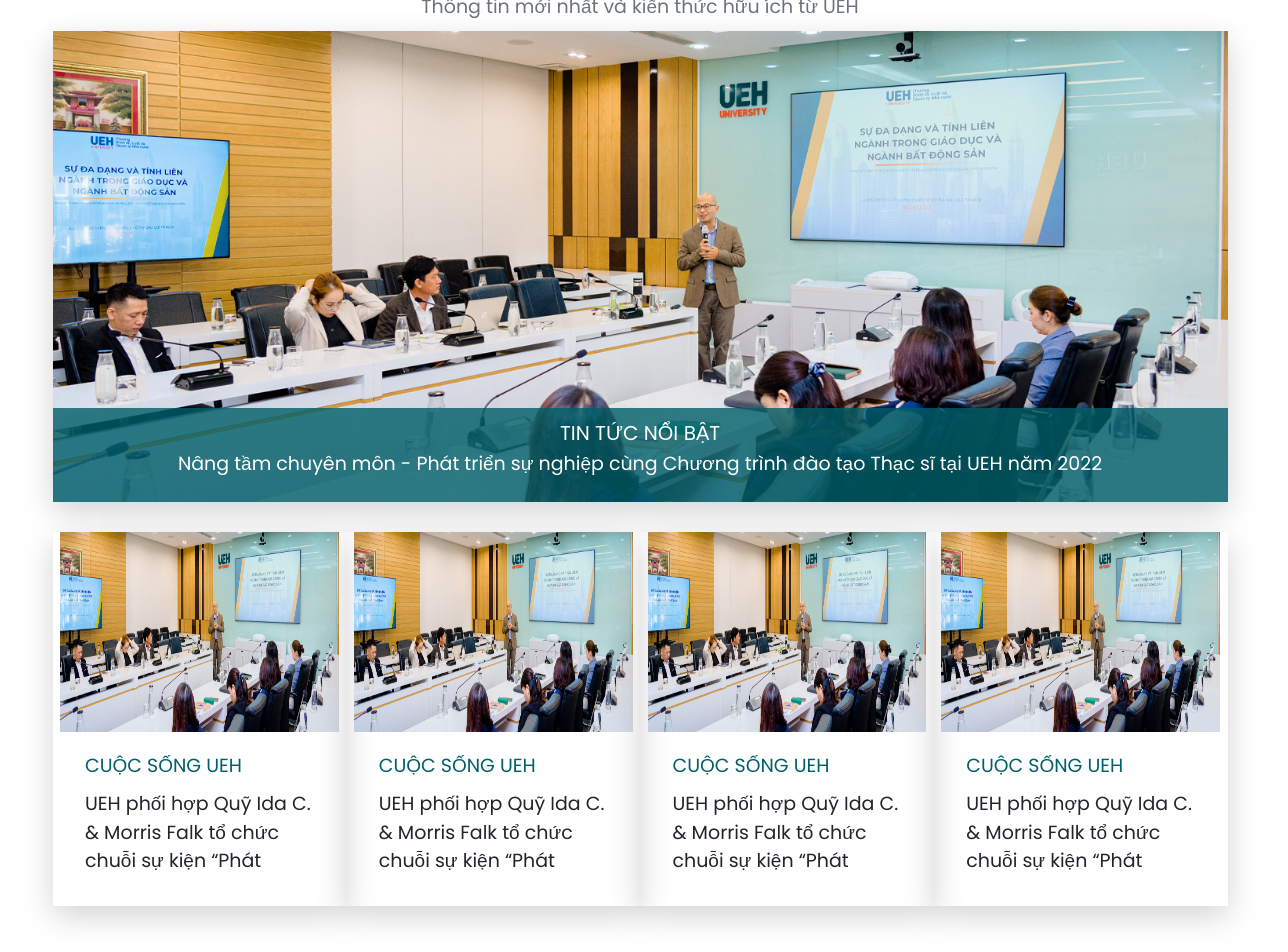
Repository: Jackietruong2805/frontends
Page: html css/ueh/index.html
An editor plug-in stored every save of this project. The page is shown before and after the next save, followed by the edit.
The browser window is 1280 px wide. The page is 1288 px wide, so the pictures cover 1288 px, including what lies to the right of the window. The pictures show the part of the page from y = 768 to 1720 px (the page is 1720 px tall).
Some web libraries are served in a nearby version.

Above is the page before, as saved 2022-06-20 09:47:49.

After the next save:
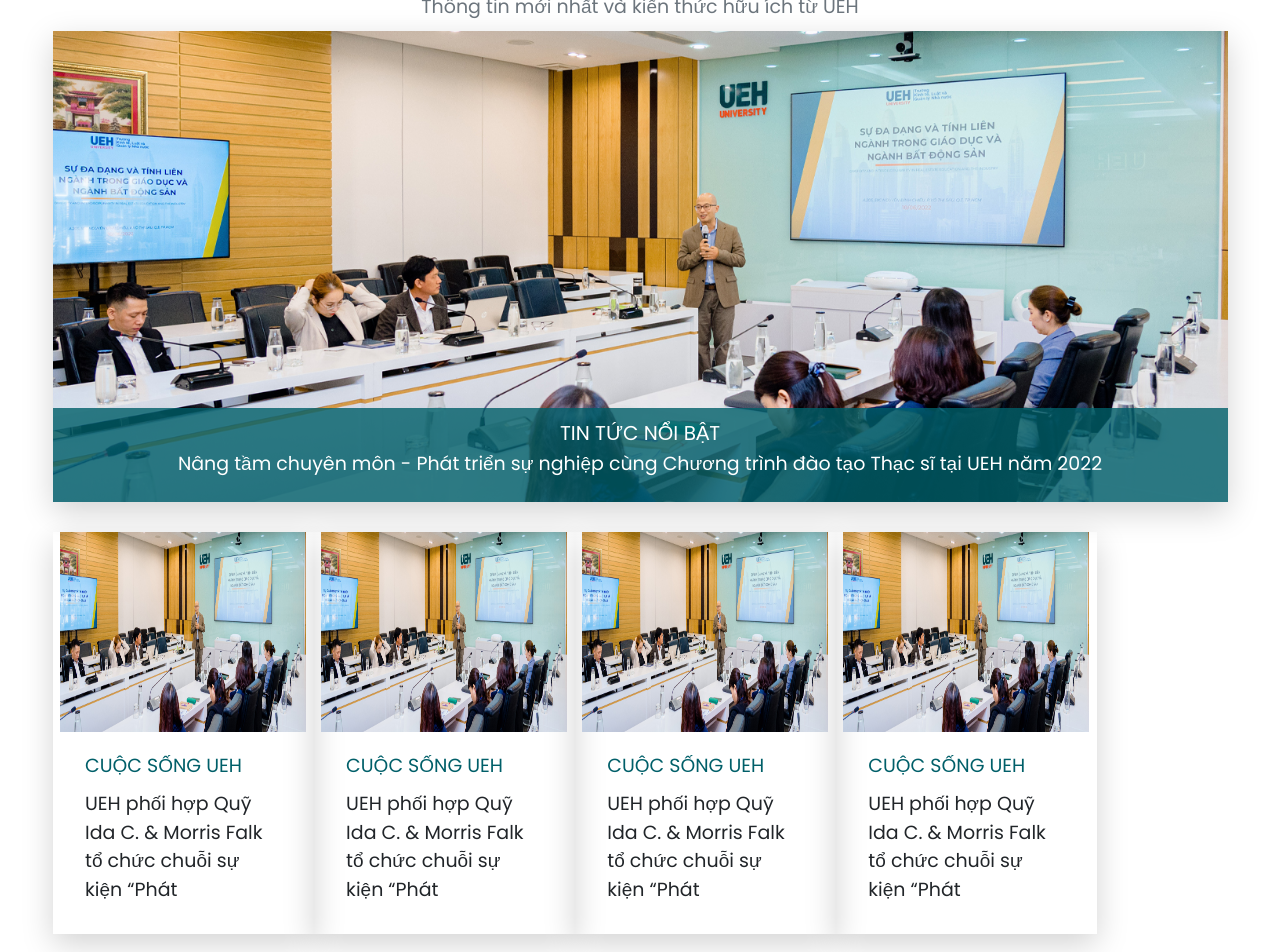
Saved 36 s later.
--- a/html css/ueh/css/index.css
+++ b/html css/ueh/css/index.css
@@ -206,3 +206,7 @@
     height: 200px;
     max-width: 100%;
 }
+
+.news .news__item {
+    width: calc(100%/4.5);
+}

After the 2 saves that followed:
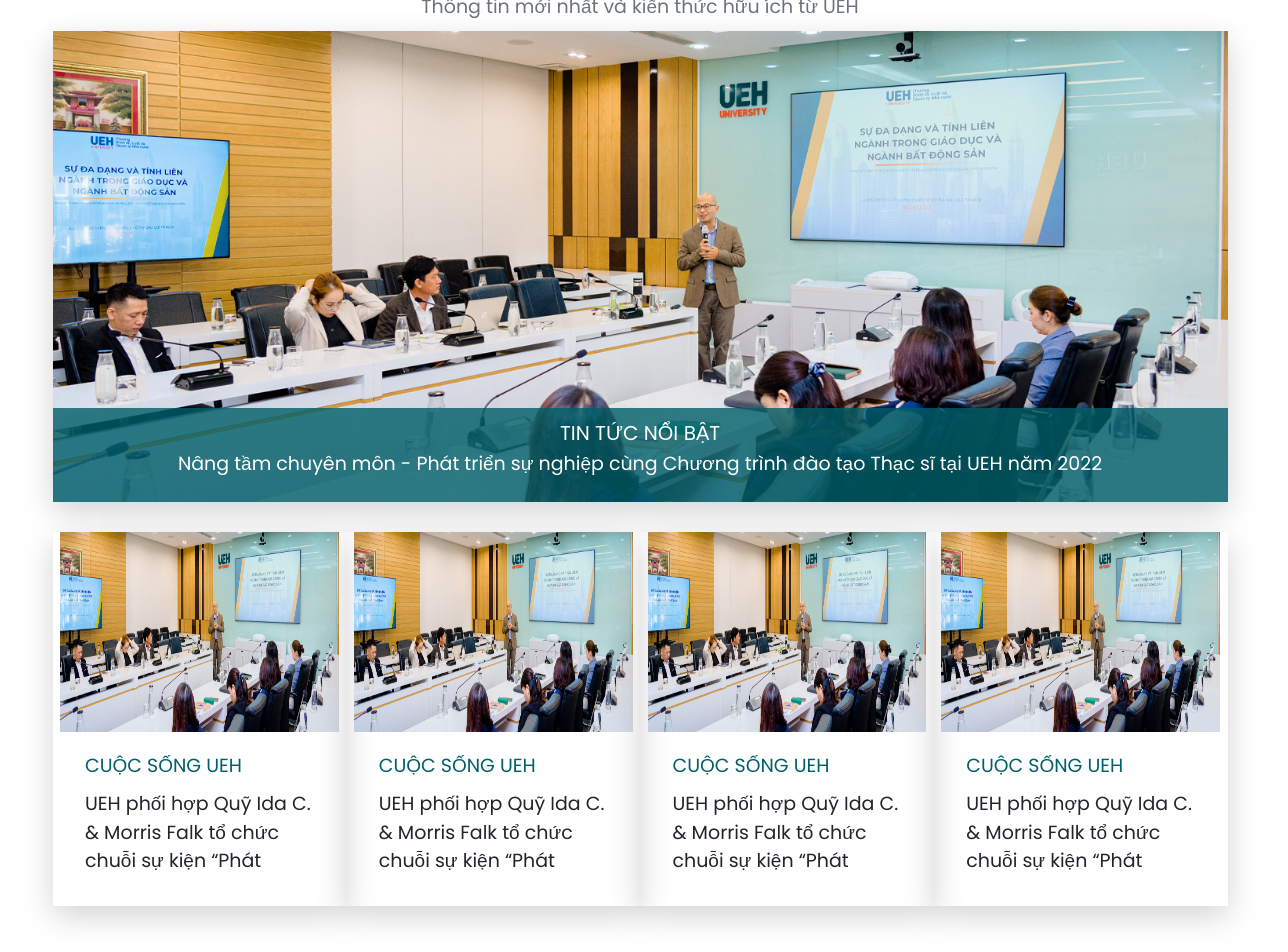
The 2 saves are shown as one change because 1 left the picture as it was.
The last was saved 25 s later.
--- a/html css/ueh/index.html
+++ b/html css/ueh/index.html
@@ -197,7 +197,7 @@
               </div>
             </div>
           </div>
-          <div class="row px-5 py-5">
+          <div class="row px-5 py-5 news__list">
             <div class="col-3 shadow-lg news__col news__item">
               <div class="news__img">
                 <img class="" src="./img/news-1.jpg" alt="news-1" />
--- a/html css/ueh/css/index.css
+++ b/html css/ueh/css/index.css
@@ -207,6 +207,6 @@
     max-width: 100%;
 }
 
-.news .news__item {
+.news .news__list .news .news__item {
     width: calc(100%/4.5);
 }
